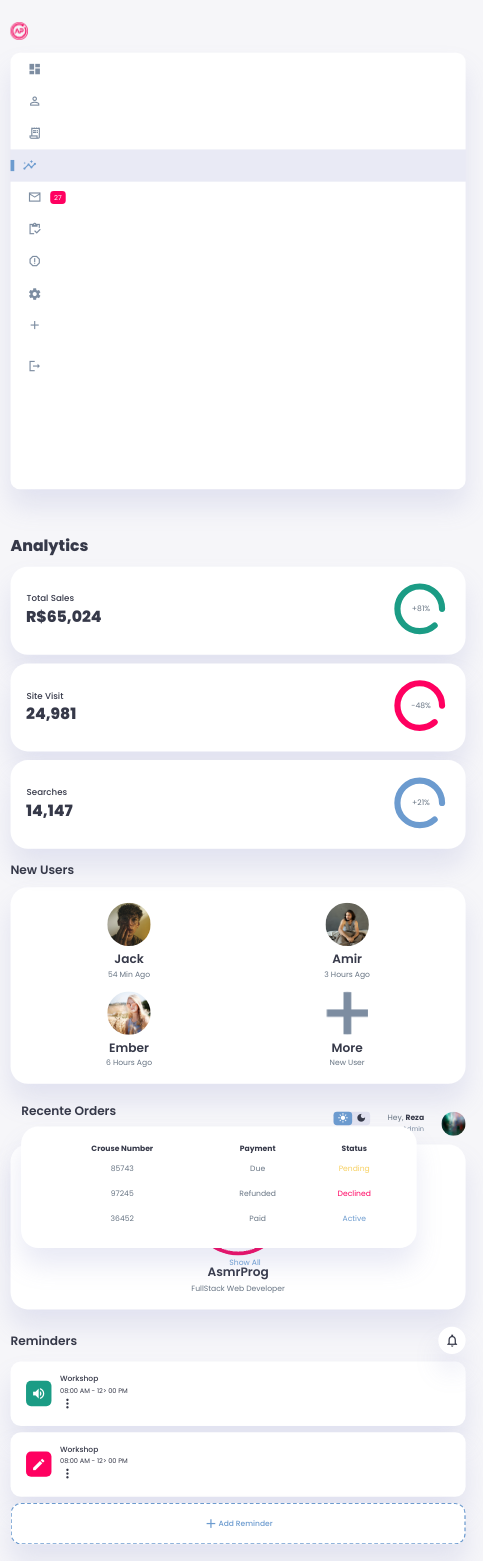
Repository: pheonix5/ProjetosRN-linux
Page: DashBoard/index.html
An editor plug-in stored every save of this project. The page is shown before and after the next save, followed by the edit.
The browser window is 768 px wide. The page is 779 px wide, then 768 px, so the pictures cover 779 px, including what lies to the right of the window. The pictures show the whole page, at 62% of full size.

Above is the page before, as saved 2023-08-06 03:32:45.

### DashBoard/index.html
<!DOCTYPE html>
<html lang="pt-br">

<head>
  <meta charset="UTF-8">
  <meta name="viewport" content="width=device-width, initial-scale=1.0">
  <link href="https://fonts.googleapis.com/icon?family=Material+Icons+Sharp" rel="stylesheet">
  <link rel="stylesheet" href="style.css">
  <title>Responsive Dashboard Design #1</title>
</head>

<body>

  <div class="container">
    <!-- Siderbar Section -->
    <aside>
      <div class="toggle">
        <div class="logo">
          <img src="images/logo.png">
          <h2>ASMR<span class="danger">Prog</span></h2>
        </div>
        <div class="close" id="close-btn">
          <span class="material-icons-sharp">
            close
          </span>
        </div>
      </div>

      <div class="sidebar">
        <a href="#">
          <span class="material-icons-sharp">
            dashboard
          </span>
          <h3>Dashboard</h3>
        </a>
        <a href="#">
          <span class="material-icons-sharp">
            person_outline
          </span>
          <h3>Users</h3>
        </a>
        <a href="#">
          <span class="material-icons-sharp">
            receipt_long
          </span>
          <h3>History</h3>
        </a>
        <a href="#" class="active">
          <span class="material-icons-sharp">
            insights
          </span>
          <h3>Analytics</h3>
        </a>
        <a href="#">
          <span class="material-icons-sharp">
            mail_outline
          </span>
          <h3>Tickets</h3>
          <span class="message_count">27</span>
        </a>
        <a href="#">
          <span class="material-icons-sharp">
            inventory
          </span>
          <h3>Sale list</h3>
        </a>
        <a href="#">
          <span class="material-icons-sharp">
            report_gmailerrorred
          </span>
          <h3>Reports</h3>
        </a>
        <a href="#">
          <span class="material-icons-sharp">
            settings
          </span>
          <h3>Settings</h3>
        </a>
        <a href="#">
          <span class="material-icons-sharp">
            add
          </span>
          <h3>New Login</h3>
        </a>
        <a href="#">
          <span class="material-icons-sharp">
            logout
          </span>
          <h3>Logout</h3>
        </a>
      </div>
    </aside>
    <!-- Fim da Seção do Sidebar-->

    <!-- Main Content-->
    <main>
      <h1>Analytics</h1>
      <!-- Analyses -->
      <div class="analyse">
        <div class="sales">
          <div class="status">
            <div class="info">
              <h3>Total Sales</h3>
              <h1>R$65,024</h1>
            </div>
            <div class="progresss">
              <svg>
                <circle cx="38" cy="38" r="36"></circle>
              </svg>
              <div class="percentage">
                <p>+81%</p>
              </div>
            </div>
          </div>
        </div>

        <div class="visits">
          <div class="status">
            <div class="info">
              <h3>Site Visit</h3>
              <h1>24,981</h1>
            </div>
            <div class="progresss">
              <svg>
                <circle cx="38" cy="38" r="36"></circle>
              </svg>
              <div class="percentage">
                <p>-48%</p>
              </div>
            </div>
          </div>
        </div>

        <div class="searches">
          <div class="status">
            <div class="info">
              <h3>Searches</h3>
              <h1>14,147</h1>
            </div>
            <div class="progresss">
              <svg>
                <circle cx="38" cy="38" r="36"></circle>
              </svg>
              <div class="percentage">
                <p>+21%</p>
              </div>
            </div>
          </div>
        </div>
      </div>
      <!-- End Of Analyses -->

      <!--  New Users Section -->
      <div class="new-users">
        <h2>New Users</h2>
        <div class="user-list">
          <div class="user">
            <img src="images/profile-2.jpg">
            <h2>Jack</h2>
            <p>54 Min Ago</p>
          </div>
          <div class="user">
            <img src="images/profile-3.jpg">
            <h2>Amir</h2>
            <p>3 Hours Ago</p>
          </div>
          <div class="user">
            <img src="images/profile-4.jpg">
            <h2>Ember</h2>
            <p>6 Hours Ago</p>
          </div>
          <div class="user">
            <img src="images/plus.png">
            <h2>More</h2>
            <p>New User</p>
          </div>
        </div>
      </div>
      <!-- End of New Users Section -->


      <!-- Recente Orders Table -->
      <div class="recent-orders">
        <h2>Recente Orders</h2>
        <table>
          <thead>
            <tr>
              <th>Crouse Name</th>
              <th>Crouse Number</th>
              <th>Payment</th>
              <th>Status</th>
              <th></th>
            </tr>
          </thead>
          <tbody>

          </tbody>
        </table>
        <a href="#">Show All</a>
      </div>
      <!-- End of Recent Orders -->

    </main>
    <!-- End of Main Content -->

    <!-- Right Section-->
    <div class="right-section">
      <div class="nav">
        <button id="menu-btn">
          <span class="material-icons-sharp">
            menu
          </span>
        </button>
        <div class="dark-mode">
          <span class="material-icons-sharp active">
            light_mode
          </span>
          <span class="material-icons-sharp">
            dark_mode
          </span>
        </div>

        <div class="profile">
          <div class="info">
            <p>Hey, <b>Reza</b></p>
            <small class="text-muted">Admin</small>
          </div>
          <div class="profile-photo">
            <img src="images/profile-1.jpg">
          </div>
        </div>

      </div>
      <!-- End of Nav -->

      <div class="user-profile">
        <div class="logo">
          <img src="images/logo.png">
          <h2>AsmrProg</h2>
          <p>FullStack Web Developer</p>
        </div>
      </div>

      <div class="reminders">
        <div class="header">
          <h2>Reminders</h2>
          <span class="material-icons-sharp">
            notifications_none
          </span>
        </div>

        <div class="notification">
          <div class="icon">
            <span class="material-icons-sharp">
              volume_up
            </span>
          </div>
          <div class="content">
            <div class="info">
              <h3>Workshop</h3>
              <small class="text_muted">
                08:00 AM - 12> 00 PM
              </small>
            </div>
            <span class="material-icons-sharp">
              more_vert
            </span>
          </div>
        </div>

        <div class="notification deactive">
          <div class="icon">
            <span class="material-icons-sharp">
              edit
            </span>
          </div>
          <div class="content">
            <div class="info">
              <h3>Workshop</h3>
              <small class="text_muted">
                08:00 AM - 12> 00 PM
              </small>
            </div>
            <span class="material-icons-sharp">
              more_vert
            </span>
          </div>
        </div>

        <div class="notification add-reminder">
          <div>
            <span class="material-icons-sharp">
              add
            </span>
            <h3>Add Reminder</h3>
          </div>
        </div>

      </div>
    </div>


  </div>

  <script src="orders.js"></script>
  <script src="index.js"></script>
</body>

</html>

### DashBoard/style.css
@import url('https://fonts.googleapis.com/css2?family=Barlow:ital,wght@0,100;0,200;0,300;0,400;0,500;0,600;0,700;0,800;0,900;1,100;1,200;1,300;1,400;1,500;1,600;1,700;1,800;1,900&family=Poppins:wght@300;400;500;600;700;800&display=swap');

:root{
  --color-primary: #6C9BCF;
    --color-danger: #FF0060;
    --color-success: #1B9C85;
    --color-warning: #F7D060;
    --color-white: #fff;
    --color-info-dark: #7d8da1;
    --color-dark: #363949;
    --color-light: rgba(132, 139, 200, 0.18);
    --color-dark-variant: #677483;
    --color-background: #f6f6f9;

    --card-border-radius: 2rem;
    --border-radius-1: 0.4rem;
    --border-radius-2: 1.2rem;

    --card-padding: 1.8rem;
    --padding-1: 1.2rem;

    --box-shadow: 0 2rem 3rem var(--color-light);
}

.dark-mode-variables{
  --color-background: #181a1e;
    --color-white: #202528;
    --color-dark: #edeffd;
    --color-dark-variant: #a3bdcc;
    --color-light: rgba(0, 0, 0, 0.4);
    --box-shadow: 0 2rem 3rem var(--color-light);
}

*{
  margin: 0;
  padding: 0;
  outline: 0;
  appearance: 0;
  border: 0;
  text-decoration: none;
  box-sizing: border-box;
}

html{
  font-size: 14px;
}

body{
  width: 100vw;
  height: 100vh;
  font-family: 'Poppins', sans-serif;
  font-size: 0.88rem;
  user-select: none;
  overflow-x: hidden;
  color: var(--color-dark);
  background-color: var(--color-background);
}

a{
  color: var(--color-dark);
}

img{
  display: block;
  width: 100%;
  object-fit: cover;
}

h1{
  font-weight: 800;
  font-size: 1.8rem;
}

h2{
  font-weight: 600;
  font-size: 1.4rem;
}

h3{
  font-weight: 500;
  font-size: 0.87rem;
}

small{
  font-size: 0.76rem;
}

p{
  color: var(--color-dark-variant);
}

b{
  color: var(--color-dark);
}

.text-muted{
  color: var(--color-info-dark);
}

.primary{
  color: var(--color-primary);
}

.danger{
  color: var(--color-danger);
}

.sucess{
  color: var(--color-success);
}

.warning{
  color: var(--color-warning);
}

.container{
  display: grid;
  width: 96%;
  margin: 0 auto;
  gap: 1.8rem;
  grid-template-columns: 12rem auto 23rem;
}

aside{
  height: 100vh;
}

aside .toggle{
  display: flex;
  align-items: center;
  justify-content: space-between;
  margin-top: 1.4rem;
}

aside .toggle .logo{
  display: flex;
  gap: 0.5rem;
}

aside .toggle .logo img{
  width: 2rem;
  width: 2rem;
}

aside .toggle .close{
  padding-right: 1rem;
  display: none;
}

aside .sidebar{
  display: flex;
  flex-direction: column;
  background-color: var(--color-white);
  box-shadow: var(--box-shadow);
  border-radius: 15px;
  height: 88vh;
  position: relative;
  top: 1.5rem;
  transition: all 0.3s ease;
}

aside .sidebar:hover{
  box-shadow: none;
}

aside .sidebar a{
  display: flex;
  align-items: center;
  color:  var(--color-info-dark);
  height: 3.7rem;
  gap: 1rem;
  position: relative;
  margin-left: 2rem;
  transition: all 0.3s ease;
}

aside .sidebar a span{
  font-size: 1.6rem;
  transition: all 0.3s ease;
}

aside .sidebar a:last-child{
  position: absolute;
  bottom: 0.8rem;
  width: 100%;
}

aside .sidebar a.active{
  width: 100%;
  color: var(--color-primary);
  background-color: var(--color-light);
  margin-left: 0;
}

aside .sidebar a.active::before{
  content: '';
  width: 6px;
  height: 18px;
  background-color: var(--color-primary);
}

aside .sidebar a.active span{
  color: var(--color-primary);
  margin-left: calc(1rem -3px);
}

aside .sidebar a:hover{
  color: var(--color-primary);
}

aside .sidebar a:hover span{
  margin-left: 0.6rem;
}

aside .sidebar .message_count{
  background-color: var(--color-danger);
  padding: 2px 6px;
  color: var(--color-white);
  font-size: 11px;
  border-radius: var(--border-radius-1);
}

main{
  margin-top: 1.4rem;
}

main .analyse{
  display: grid;
  grid-template-columns: repeat(3, 1fr);
  gap: 1.6rem;
}

main .analyse > div{
  background-color: var(--color-white);
  padding: var(--card-padding);
  border-radius: var(--card-border-radius);
  margin-top: 1rem;
  box-shadow: var(--box-shadow);
  cursor: pointer;
  transition: all 0.3s ease;
}

main .analyse > div:hover{
  box-shadow: none;
}

main .analyse > div .status{
  display: flex;
  align-items: center;
  justify-content: space-between;
}


main .analyse h3{
  margin-left: .06rem;
  font-size: 1rem;
}

main .analyse .progresss{
  position: relative;
  width: 92px;
  height: 92px;
  border-radius: 50%;
}

main .analyse svg{
  width: 7rem;
  height: 7rem;
}

main .analyse svg circle{
  fill: none;
  stroke-width: 10;
  stroke-linecap: round;
  transform: translate(5px, 5px);
}

main .analyse .sales svg circle{
  stroke: var(--color-success);
  stroke-dashoffset: -30;
  stroke-dasharray: 200;
}

main .analyse .visits svg circle{
  stroke: var(--color-danger);
  stroke-dashoffset: -30;
  stroke-dasharray: 200;
}

main .analyse .searches svg circle{
  stroke: var(--color-primary);
  stroke-dashoffset: -30;
  stroke-dasharray: 200;
}

main .analyse .progresss .percentage{
  position: absolute;
  top: -3px;
  left: -1px;
  display: flex;
  align-items: center;
  justify-content: center;
  height: 100%;
  width: 100%;
}

main .new-users{
  margin-top: 1.3rem;
}

main .new-users .user-list{
  background-color: var(--color-white);
  padding: var(--card-padding);
  border-radius: var(--card-border-radius);
  margin-top: 1rem;
  box-shadow: var(--box-shadow);
  display: flex;
  justify-content: space-around;
  flex-wrap: wrap;
  gap: 1.4rem;
  transition: all 0.3s ease;
}

main .new-users .user-list:hover{
  box-shadow: none;
}

main .new-users .user-list .user{
  display: flex;
  flex-direction: column;
  align-items: center;
  justify-content: center;
}

main .new-users .user-list .user img{
  width: 5rem;
  height: 5rem;
  margin-bottom: 0.4rem;
  border-radius: 50%;
}

main .recent-orders{
  margin-top: 1.3rem;
}

main .recent-orders h2{
  margin-bottom: 0.8rem;
}

main .recent-orders table{
  background-color: var(--color-white);
  width: 100%;
  padding: var(--card-padding);
  text-align: center;
  box-shadow: var(--box-shadow);
  border-radius: var(--card-border-radius);
  transition: all 0.3s ease;
}

main .recent-orders table:hover{
  box-shadow: none;
}

main table tbody td{
  height: 2.8rem;
  border-bottom: 1px solid var(--color-white);
  color: var(--color-dark-variant);
}

main table tbody tr:last-child td{
  border: none;
}

main .recent-orders a{
  text-align: center;
  display: block;
  margin: 1rem auto;
  color:  var(--color-primary);
}

.right-section{
  margin-top: 1.4rem;
}

.right-section .nav{
  display: flex;
  justify-content: end;
  gap: 2rem;
}

.right-section .nav button{
  display: none;
}

.right-section .dark-mode{
  background-color: var(--color-light);
  display: flex;
  justify-content: space-between;
  align-items: center;
  height: 1.6rem;
  width: 4.2rem;
  cursor: pointer;
  border-radius: var(--border-radius-1);
}

.right-section .dark-mode span{
  font-size: 1.2rem;
  width: 50%;
  height: 100%;
  display: flex;
  align-items: center;
  justify-content: center;
}

.right-section .dark-mode span.active{
  background-color: var(--color-primary);
  color: white;
  border-radius: var(--border-radius-1);
}

.right-section .nav .profile{
  display: flex;
  gap: 2rem;
  text-align: right;
}
.right-section .nav .profile .profile-photo{
  width: 2.8rem;
  height: 2.8rem;
  border-radius: 50%;
  overflow: hidden;
}

.right-section .user-profile{
  display: flex;
  justify-content: center;
  text-align: center;
  margin-top: 1rem;
  background-color: var(--color-white);
  padding:  var(--card-padding);
  border-radius: var(--card-border-radius);
  box-shadow: var(--box-shadow);
  cursor: pointer;
  transition: all 0.3s ease;
}

.right-section .user-profile:hover{
  box-shadow: none;
}

.right-section .user-profile img{
  width: 11rem;
  height: auto;
  margin-bottom: 0.8rem;
  border-radius: 50%;
}

.right-section .user-profile h2{
  margin-bottom: 0.2rem;
}

.right-section .reminders{
  margin-top: 2rem;
}

.right-section .reminders .header{
  display: flex;
  align-items: center;
  justify-content: space-between;
  margin-bottom: 0.8rem;
}

.right-section .reminders .header span{
  padding: 10px;
  box-shadow: var(--box-shadow);
  background-color: var(--color-white);
  border-radius: 50%;
}

.right-section .reminders .notification{
  background-color: var(--color-white);
  display: flex;
  align-items: center;
  gap: 1rem;
  margin-bottom: 0.7rem;
  padding: 1.4rem var(--card-padding);
  border-radius: var(--border-radius-2);
  box-shadow: var(--box-shadow);
  cursor: pointer;
  transition: all 0.3s ease;
}

.right-section .reminders .notification:hover{
  box-shadow: none;
}

.recent-orders .reminders .notification .content{
  display: flex;
  justify-content: space-between;
  align-items: center;
  margin: 0;
  width: 100%;
}

.right-section .reminders .notification .icon{
  padding: 0.6rem;
  color:  var(--color-white);
  background-color: var(--color-success);
  border-radius: 20%;
  display: flex;
}

.right-section .reminders .notification.deactive .icon{
  background-color: var(--color-danger);
}

.right-section .reminders .add-reminder{
  background-color: var(--color-white);
  border: 2px dashed var(--color-primary);
  color: var(--color-primary);
  display: flex;
  align-items: center;
  justify-content: center;
  cursor: pointer;
}

.right-section .reminders .add-reminder:hover{
  background-color: var(--color-primary);
  color: white;
}

.right-section .reminders .add-reminder div{
  display: flex;
  align-items: center;
  grid-area: 0.6rem;
}

@media screen and (max-width: 1200px) {
  .container{
    width: 96%;
    grid-template-columns: 7rem auto 23rem;
  }


  aside .logo h2{
    display: none;
  }

  aside .sidebar h3{
    display: none;
  }

  aside .sidebar a{
    width: 5.6rem;
  }

  aside .sidebar a:last-child{
    position: relative;
    margin-top: 1.8rem;
  }

  main .analyse{
    grid-template-columns:  1fr;
    gap: 0;
  }

  main .new-users .user-list .user{
    flex-basis: 40%;
  }

  main .recent-orders{
    width: 94%;
    position: absolute;
    left: 50%;
    transform: translateX(-50%);
    margin: 2rem 0 0 0.8rem;
  }

  main .recent-orders table{
    width: 83vw;
  }

  main table thead tr th:last-child,
  main table thead tr th:first-child{
    display: none;
  }

  main table tbody tr td:last-child,
  main table tbody tr td:first-child{
    display: none;
  }
}

@media screen  and (max-width: 768px){
  .container{
    width: 100%;
    grid-template-columns: 1fr;
    padding: var(--padding-1);
  }
}

### DashBoard/orders.js
const Orders = [
  {
    productName: 'JavaScript Tutorial',
    productNumber: '85743',
    paymentStatus: 'Due',
    status: 'Pending'
  },
  {
    productName: 'CSS Full Course',
    productNumber: '97245',
    paymentStatus: 'Refunded',
    status: 'Declined'
  },
  {
    productName: 'Flex-Box Tutorial',
    productNumber: '36452',
    paymentStatus: 'Paid',
    status: 'Active'
  },
]

### DashBoard/index.js
Orders.forEach(order => {
  const tr = document.createElement('tr');
  const trContent = `
    <td>${order.productName}</td>
    <td>${order.productNumber}</td>
    <td>${order.paymentStatus}</td>
    <td class="${order.status === 'Declined' ? 'danger' : order.status === 'Pending' ? 'warning' : 'primary'}">${order.status}</td>
    <td class="primary">Details</td>
  ` ;
  tr.innerHTML = trContent;
  document.querySelector('table tbody').appendChild(tr)
})

After the next save:
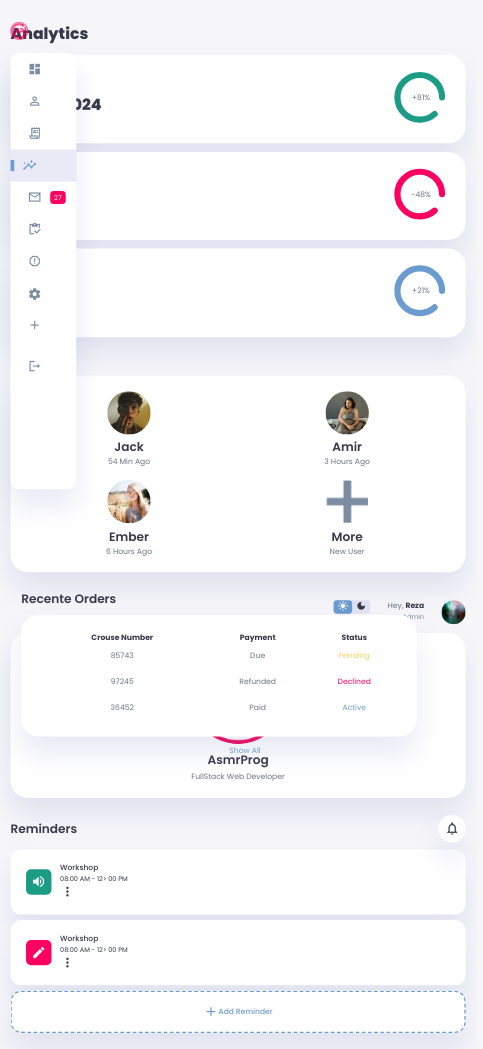
Saved 14 s later.
--- a/DashBoard/style.css
+++ b/DashBoard/style.css
@@ -596,4 +596,8 @@ main .recent-orders a{
     grid-template-columns: 1fr;
     padding: var(--padding-1);
   }
-}
+
+  aside{
+    position: fixed;
+  }
+}
